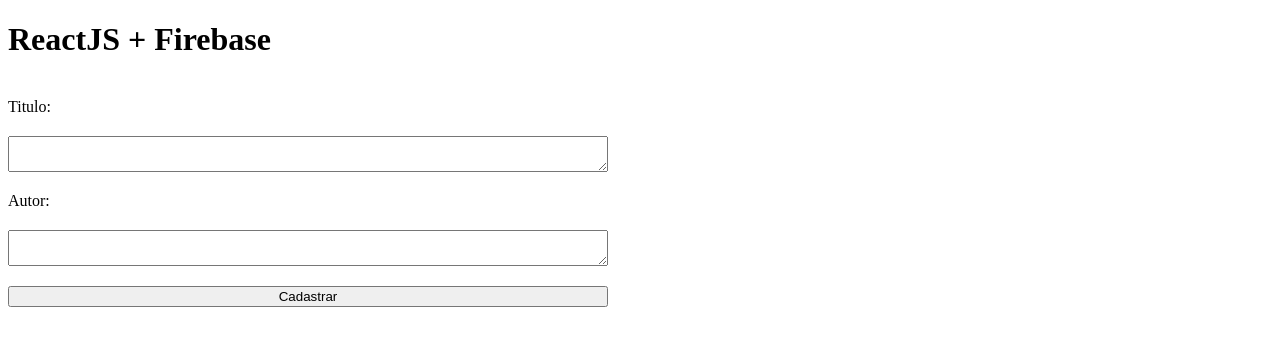
Repository: joaoaspimienta/Estudos-de-firebase
Page: /
The author's editor kept a copy of each file at every save. The page is drawn from the files as they stood at one save, then again after the next save.
The browser window is 1280 px wide. The pictures show the whole page.
The project was rebuilt for these pictures with package versions that can differ from the ones it lists, and the page was loaded fresh each time.

Above is the page before, as saved 2022-04-27 21:36:47.

### src/App.js
import { useState } from 'react';
import firebase from './firebaseConnection'
import './style.css'

function App() {
  const [titulo, setTitulo] = useState('')
  const [autor, setAutor] = useState('')

  function handleAdd(){
    alert('clicou' + titulo + autor)
  }

  return (
    <div className="App">
      <h1>ReactJS + Firebase</h1><br/>

      <div className='container'>

      <label>Titulo: </label>
      <textarea type='text' value={titulo} onChange={(e)=>setTitulo(e.target.value)}/>

      <label>Autor: </label>
      <textarea type='text' value={autor} onChange={(e)=>setAutor(e.target.value)}/>

      <button onClick={ handleAdd }>Cadastrar</button>

      </div>
    </div>
  );
}

export default App;

### src/firebaseConnection.js
import firebase from 'firebase/app'
import 'firebase/firestore'

let firebaseConfig = {
  apiKey: "AIzaSyBM8zXTuMB9OuHMgazGoDHqoWQcRxFFhw8",
  authDomain: "react-zero-ao-avancado.firebaseapp.com",
  projectId: "react-zero-ao-avancado",
  storageBucket: "react-zero-ao-avancado.appspot.com",
  messagingSenderId: "829524555310",
  appId: "1:829524555310:web:21abf5fa7f77d62df511bf",
  measurementId: "G-5HZY1965W8"
};

if(!firebase.apps.length){
  firebase.initializeApp(firebaseConfig)
}

export default firebase;

### src/style.css
.container{
  width: 600px;
  display: flex;
  flex-direction: column;
  gap: 20px;
}

Loaded but not shown: public/index.html (common file); src/index.js (common file)

After the next save:
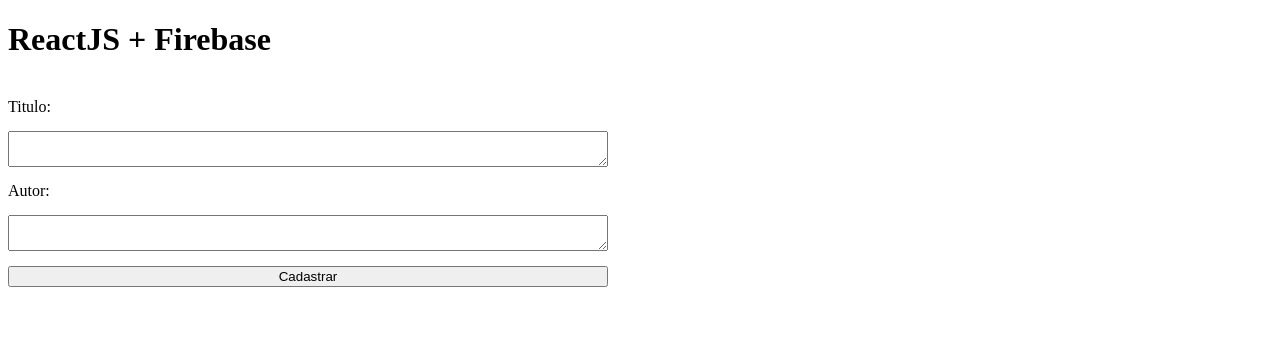
Saved 4 s later.
--- a/src/style.css
+++ b/src/style.css
@@ -2,5 +2,5 @@
   width: 600px;
   display: flex;
   flex-direction: column;
-  gap: 20px;
+  gap: 15px;
 }
